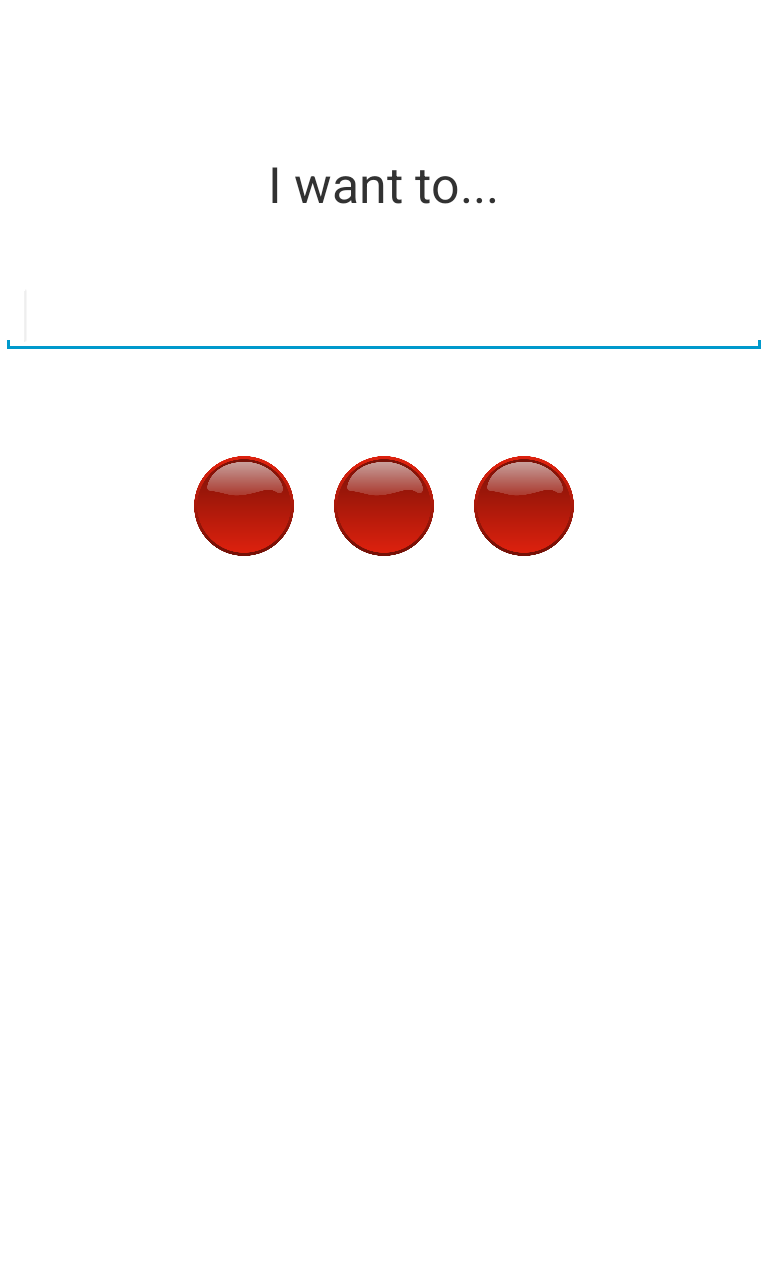
Repository: sbobra/women-startupweekend-sf
Layout: LaundryList/res/layout/activity_goal1.xml
The author's editor kept a copy of each file at every save. The layout is drawn from the files as they stood at one save, then again after the next save.
It is drawn on a 768 x 1280 px phone screen (xhdpi) without system bars, with theme AppTheme; the app's code is not run.

Above is the layout before, as saved 2013-09-15 04:18:36.

After the next save:
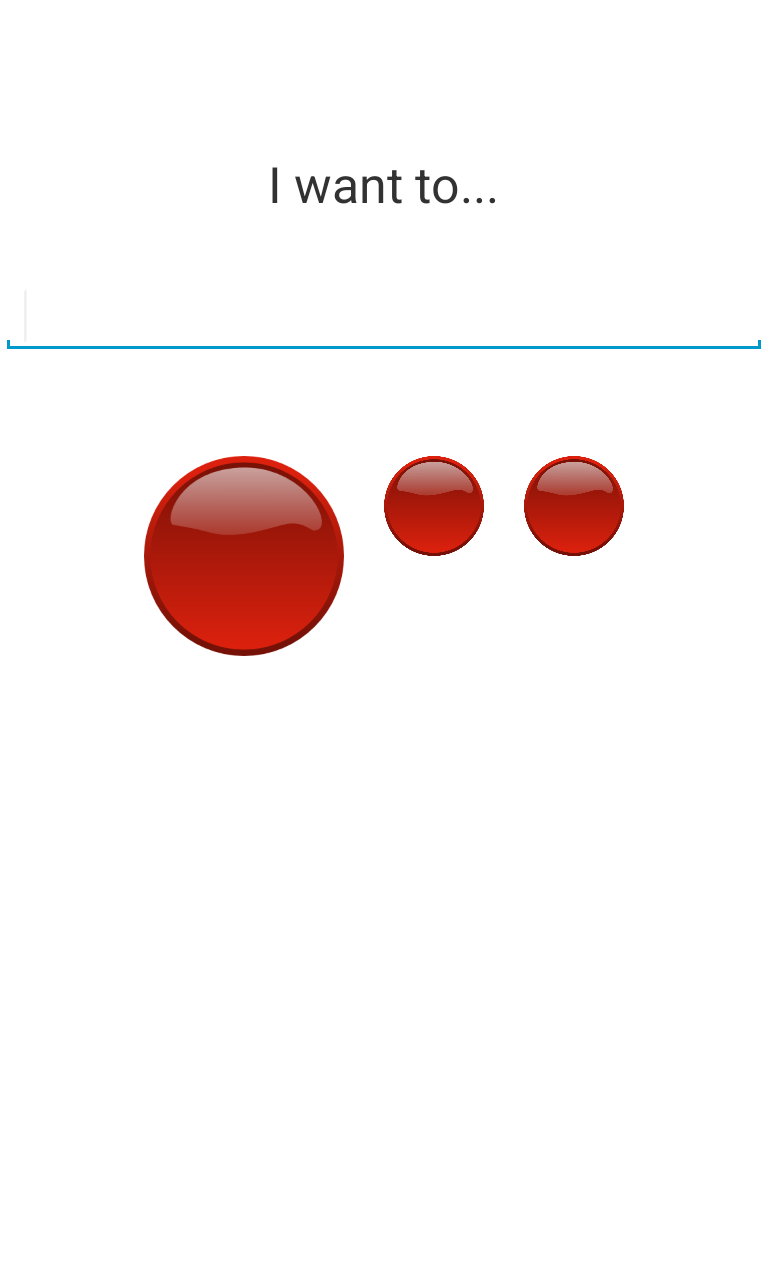
Saved 9 s later.
--- a/LaundryList/res/layout/activity_goal1.xml
+++ b/LaundryList/res/layout/activity_goal1.xml
@@ -34,8 +34,8 @@
 
         <ImageView
             android:id="@+id/doButton"
-            android:layout_width="50dp"
-            android:layout_height="50dp"
+            android:layout_width="100dp"
+            android:layout_height="100dp"
             android:layout_marginRight="20dp"
             android:src="@drawable/redbutton" />
 
